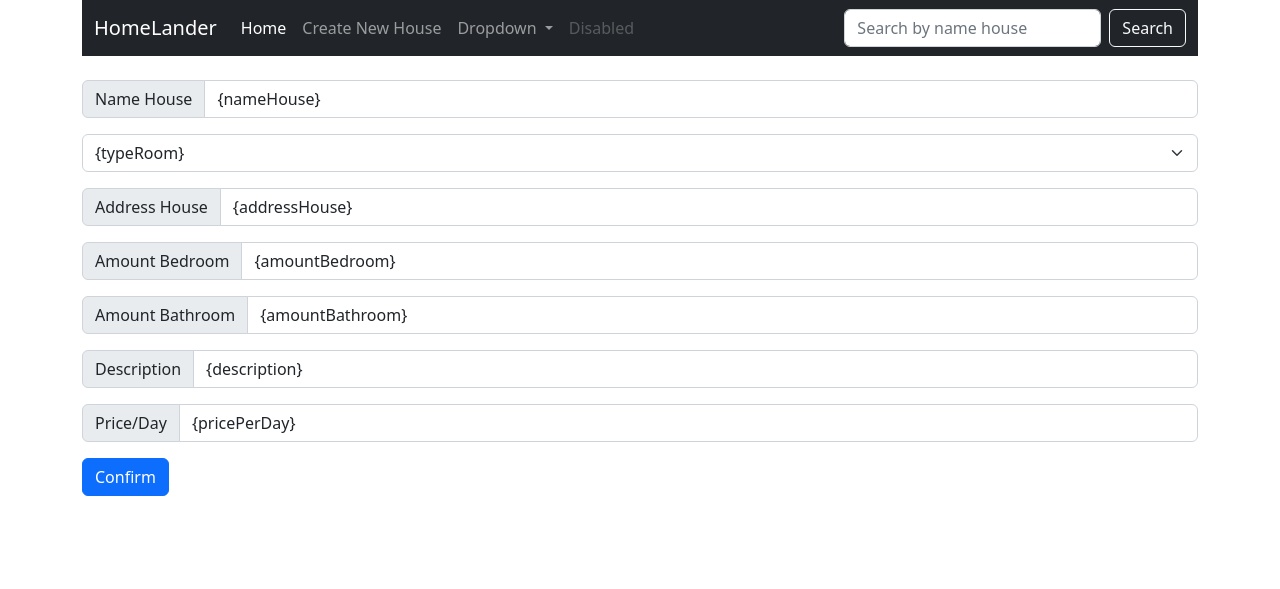
Repository: nguyenhung50497/MD3_caseStudy
Page: src/views/editHouse.html
An editor plug-in stored every save of this project. The page is shown before and after a run of saves, followed by the edit.
The browser window is 1280 px wide. The pictures show the whole page.

Above is the page before, as saved 2023-01-03 10:56:44.

### src/views/editHouse.html
<!doctype html>
<html lang="en">
  <head>
    <meta charset="utf-8">
    <meta name="viewport" content="width=device-width, initial-scale=1">
    <title>Home</title>
    <link href="https://cdn.jsdelivr.net/npm/bootstrap@5.2.3/dist/css/bootstrap.min.css" rel="stylesheet" integrity="sha384-rbsA2VBKQhggwzxH7pPCaAqO46MgnOM80zW1RWuH61DGLwZJEdK2Kadq2F9CUG65" crossorigin="anonymous">
  </head>
  <body>
    <div class="container" style="width: 90%;">
      <nav class="navbar navbar-dark bg-dark navbar-expand-lg">
        <div class="container-fluid">
          <a class="navbar-brand" href="/home">HomeLander</a>
          <button class="navbar-toggler" type="button" data-bs-toggle="collapse" data-bs-target="#navbarSupportedContent" aria-controls="navbarSupportedContent" aria-expanded="false" aria-label="Toggle navigation">
            <span class="navbar-toggler-icon"></span>
          </button>
          <div class="collapse navbar-collapse" id="navbarSupportedContent">
            <ul class="navbar-nav me-auto mb-2 mb-lg-0">
              <li class="nav-item">
                <a class="nav-link active" aria-current="page" href="/home">Home</a>
              </li>
              <li class="nav-item">
                <a class="nav-link" href="/house/create">Create New House</a>
              </li>
              <li class="nav-item dropdown">
                <a class="nav-link dropdown-toggle" href="#" role="button" data-bs-toggle="dropdown" aria-expanded="false">
                  Dropdown
                </a>
                <ul class="dropdown-menu">
                  <li><a class="dropdown-item" href="#">Action</a></li>
                  <li><a class="dropdown-item" href="#">Another action</a></li>
                  <li><hr class="dropdown-divider"></li>
                  <li><a class="dropdown-item" href="#">Something else here</a></li>
                </ul>
              </li>
              <li class="nav-item">
                <a class="nav-link disabled">Disabled</a>
              </li>
            </ul>
            <form class="d-flex" role="search" method="post">
              <input class="form-control me-2" name="search" type="search" placeholder="Search by name house" aria-label="Search">
              <button class="btn btn-outline-light" type="submit">Search</button>
            </form>
          </div>
        </div>
      </nav>
      <br>
      <form action="" method="post">
        <div class="input-group mb-3">
          <span class="input-group-text" id="inputGroup-sizing-default">Name House</span>
          <input type="text" name="nameHouse" value="{nameHouse}" class="form-control" aria-label="Sizing example input" aria-describedby="inputGroup-sizing-default">
        </div>
        <div class="input-group mb-3">
          <select class="form-select" name="typeRoom" aria-label="Default select example">
            <option selected>{typeRoom}</option>
            <option value="Phòng đơn">Phòng đơn</option>
            <option value="Phòng đôi">Phòng đôi</option>
            <option value="Phòng VIP">Phòng VIP</option>
            <option value="Phòng Luxury">Phòng Luxury</option>
            <option value="Phòng Tổng Thống">Phòng Tổng Thống</option>
          </select>
        </div>
        <div class="input-group mb-3">
            <span class="input-group-text" id="inputGroup-sizing-default">Address House</span>
            <input type="text" name="addressHouse" value="{addressHouse}" class="form-control" aria-label="Sizing example input" aria-describedby="inputGroup-sizing-default">
        </div>
        <div class="input-group mb-3">
            <span class="input-group-text" id="inputGroup-sizing-default">Amount Bedroom</span>
            <input type="text" name="amountBedroom" value="{amountBedroom}" class="form-control" aria-label="Sizing example input" aria-describedby="inputGroup-sizing-default">
        </div>
        <div class="input-group mb-3">
            <span class="input-group-text" id="inputGroup-sizing-default">Amount Bathroom</span>
            <input type="text" name="amountBathroom" value="{amountBathroom}" class="form-control" aria-label="Sizing example input" aria-describedby="inputGroup-sizing-default">
        </div>
        <div class="input-group mb-3">
            <span class="input-group-text" id="inputGroup-sizing-default">Description</span>
            <input type="text" name="description" value="{description}" class="form-control" aria-label="Sizing example input" aria-describedby="inputGroup-sizing-default">
          </div>
        <div class="input-group mb-3">
          <span class="input-group-text" id="inputGroup-sizing-default">Price/Day</span>
          <input type="text" name="pricePerDay" value="{pricePerDay}" class="form-control" aria-label="Sizing example input" aria-describedby="inputGroup-sizing-default">
        </div>
        <button type="button" class="btn btn-primary" data-bs-toggle="modal" data-bs-target="#updateImage">Confirm</button>
        <div class="modal fade" id="updateImage" data-bs-backdrop="static" data-bs-keyboard="false" tabindex="-1" aria-labelledby="staticBackdropLabel" aria-hidden="true">
          <div class="modal-dialog">
            <div class="modal-content">
              <div class="modal-header">
                <h1 class="modal-title fs-5" id="staticBackdropLabel">Update Image</h1>
                <button type="button" class="btn-close" data-bs-dismiss="modal" aria-label="Close"></button>
              </div>
              <div class="modal-body">
                Do you want to update the image?
              </div>
              <div class="modal-footer">
                <button type="submit" class="btn btn-secondary" data-bs-dismiss="modal">No</button>
                <a href="/house/upload/{id}"><button type="button" class="btn btn-primary">Yes</button></a>
              </div>
            </div>
          </div>
        </div>
      </form>
    </div>
    <script src="https://cdn.jsdelivr.net/npm/bootstrap@5.2.3/dist/js/bootstrap.bundle.min.js" integrity="sha384-kenU1KFdBIe4zVF0s0G1M5b4hcpxyD9F7jL+jjXkk+Q2h455rYXK/7HAuoJl+0I4" crossorigin="anonymous"></script>
  </body>
</html>

After the next 2 saves:
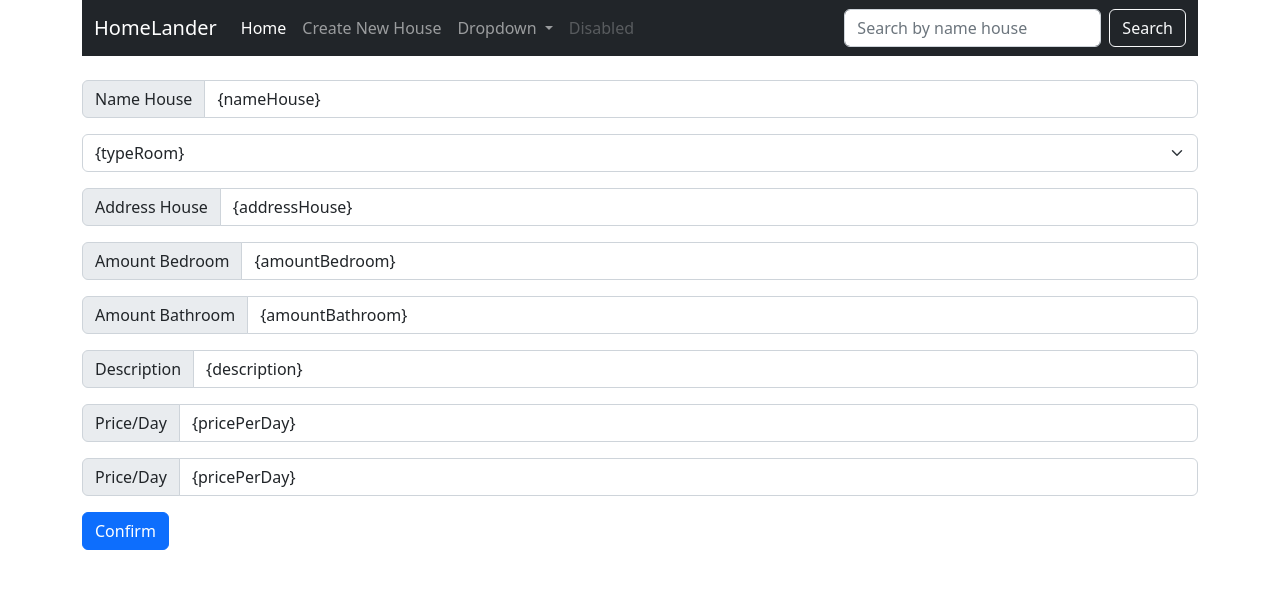
The 2 saves are shown as one change because they came seconds apart.
The last was saved 15 s later.
--- a/src/views/editHouse.html
+++ b/src/views/editHouse.html
@@ -80,6 +80,10 @@
           <span class="input-group-text" id="inputGroup-sizing-default">Price/Day</span>
           <input type="text" name="pricePerDay" value="{pricePerDay}" class="form-control" aria-label="Sizing example input" aria-describedby="inputGroup-sizing-default">
         </div>
+        <div class="input-group mb-3">
+          <span class="input-group-text" id="inputGroup-sizing-default">Price/Day</span>
+          <input type="text" name="pricePerDay" value="{pricePerDay}" class="form-control" aria-label="Sizing example input" aria-describedby="inputGroup-sizing-default">
+        </div>
         <button type="button" class="btn btn-primary" data-bs-toggle="modal" data-bs-target="#updateImage">Confirm</button>
         <div class="modal fade" id="updateImage" data-bs-backdrop="static" data-bs-keyboard="false" tabindex="-1" aria-labelledby="staticBackdropLabel" aria-hidden="true">
           <div class="modal-dialog">
